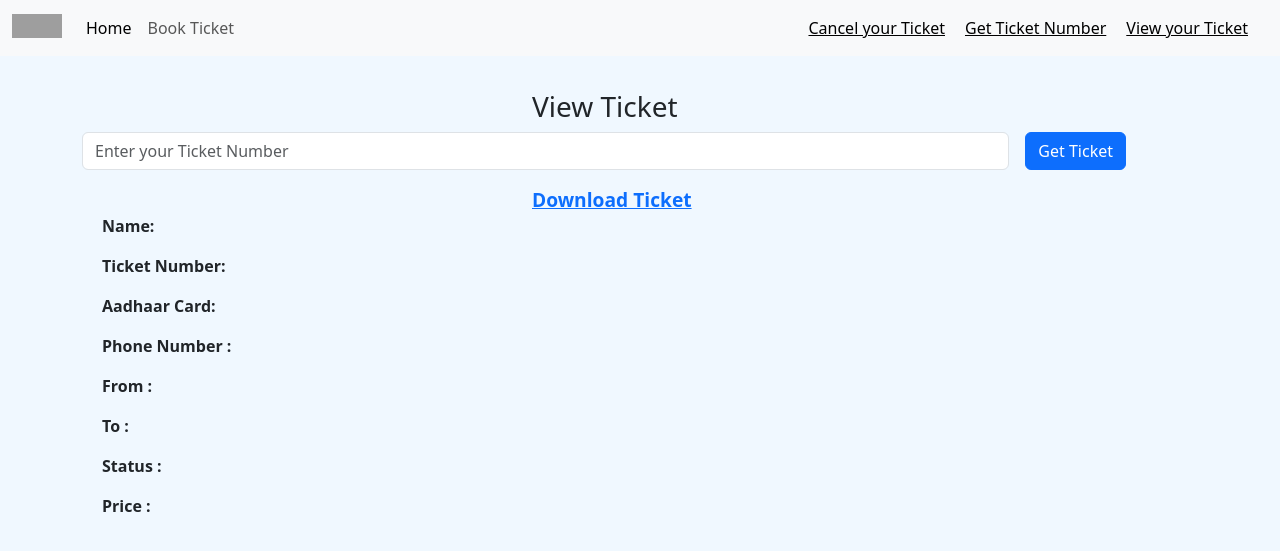
Repository: MayankSardana/Book-My-Ticket
Page: http://localhost/Ticket
An editor plug-in stored every save of this project. The page is shown before and after the next save, followed by the edit.
The browser window is 1280 px wide. The pictures show the whole page.
Pictures or frames that could not be fetched are drawn as grey boxes. The page is this project's Thymeleaf template; nobody is signed in. The template is opened directly, without the code that normally fills it, so the values that code supplies are empty.

Above is the page before, as saved 2024-07-03 15:12:50.

### BookMyTicket/src/main/resources/templates/Ticket.html
<!doctype html>
<html lang="en" xmlns:th="http://www.thymeleaf.org">
  <head>
    <meta charset="utf-8">
    <meta name="viewport" content="width=device-width, initial-scale=1">
    <title>View Ticket</title>
    <link href="https://cdn.jsdelivr.net/npm/bootstrap@5.3.3/dist/css/bootstrap.min.css" rel="stylesheet" integrity="sha384-QWTKZyjpPEjISv5WaRU9OFeRpok6YctnYmDr5pNlyT2bRjXh0JMhjY6hW+ALEwIH" crossorigin="anonymous">
    <style>
        .hh{
              margin-top: 10px;
              margin-left:450px;
        }

        .a{
            margin-left:450px;
            font-size: larger;
            font-weight: 600;
        }
        body{
            background-color:aliceblue;
        }

		.tt{
		          text-decoration:underline;
		          padding:10px;
		          margin-left:450px;
		      }
			.n{
				margin-right:20px;
			}

			.ch{
				display:flex;
			}

			p{
				margin-left:20px;

			}

			.b{
				font-weight: bold;

			}
    </style>


  </head>
  <body>

	<nav class="navbar navbar-expand-lg bg-body-tertiary">
	        <div class="container-fluid">
	         <a class="navbar-brand" href="#">
	      <img src="https://i.pinimg.com/280x280_RS/84/4b/a1/844ba1cb3439dca10d316e4310721cc6.jpg" alt="Logo" width="50" height="24" class="d-inline-block align-text-top">

	    </a>
	          <button class="navbar-toggler" type="button" data-bs-toggle="collapse" data-bs-target="#navbarText" aria-controls="navbarText" aria-expanded="false" aria-label="Toggle navigation">
	            <span class="navbar-toggler-icon"></span>
	          </button>
	          <div class="collapse navbar-collapse" id="navbarText">
	            <ul class="navbar-nav me-auto mb-2 mb-lg-0">
	              <li class="nav-item">
	                <a class="nav-link active" aria-current="page" href="/">Home</a>
	              </li>
	              <li class="nav-item">
	                <a class="nav-link" href="/book">Book Ticket</a>
	              </li>
	            </ul>

				<span class="n navbar-text">
					<a href = "/cancel">Cancel your Ticket</a>
			    </span>
				<span class="n navbar-text">
				   <a href = "/ticket">Get Ticket Number</a>
				</span>
	            <span class="n navbar-text">
	                <a href = "/view">View your Ticket</a>
	            </span>

	          </div>
	        </div>
	      </nav>

	      <br/>


    <div class = "container">

        <h3 class = "hh">View Ticket</h3>

        <form class="row g-3" action="#" th:action="@{/viewticket}" th:object="${view}" method="post">

            <div class="col-sm-10">
                <input type="text" th:field="*{ticketnumber}" class="form-control"  placeholder="Enter your Ticket Number"/>
              </div>
            <div class="col-auto">
              <button type="submit" class="btn btn-primary mb-3">Get Ticket</button>
            </div>
          </form>
          <a class = "a" href = "#">Download Ticket</a>

		  <div class = "show">
			<div class = "ch">
				<p class = "b">Name:</p>
				<p th:text="${name}"/>
			</div>

			<div class = "ch">
				<p class = "b">Ticket Number:</p>
			    <p th:text="${number}"/>
			</div>

			<div class = "ch">
				<p class = "b">Aadhaar Card:</p>
				<p th:text="${aadhar}"/>
			</div>


			<div class = "ch">
				<p class = "b">Phone Number :</p>
				<p th:text="${phone}"></p>
			</div>

			<div class = "ch">
				<p class = "b">From :</p>
				<p th:text="${start}"/>
			</div>


			<div class = "ch">
				<p class = "b">To :</p>
				<p th:text="${end}"/>
			</div>

			<div class="ch">
				<p class = "b">Status :</p>
				<p th:text="${status}"/>
			</div>

			<div class = "ch">
				<p class = "b">Price :</p>
				<p th:text="${price}"/>
			</div>

		  </div>

    </div>


    <script src="https://cdn.jsdelivr.net/npm/bootstrap@5.3.3/dist/js/bootstrap.bundle.min.js" integrity="sha384-YvpcrYf0tY3lHB60NNkmXc5s9fDVZLESaAA55NDzOxhy9GkcIdslK1eN7N6jIeHz" crossorigin="anonymous"></script>
  </body>
</html>

After the next save:
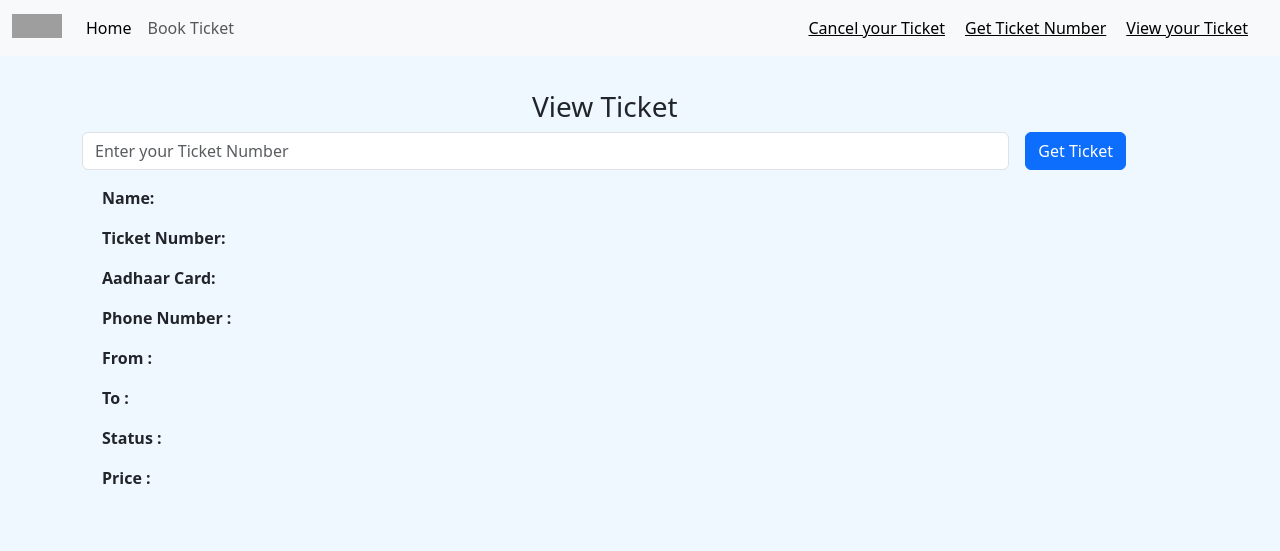
Saved 2 min 20 s later.
--- a/BookMyTicket/src/main/resources/templates/Ticket.html
+++ b/BookMyTicket/src/main/resources/templates/Ticket.html
@@ -97,7 +97,6 @@
               <button type="submit" class="btn btn-primary mb-3">Get Ticket</button>
             </div>
           </form>
-          <a class = "a" href = "#">Download Ticket</a>
 
 		  <div class = "show">
 			<div class = "ch">
